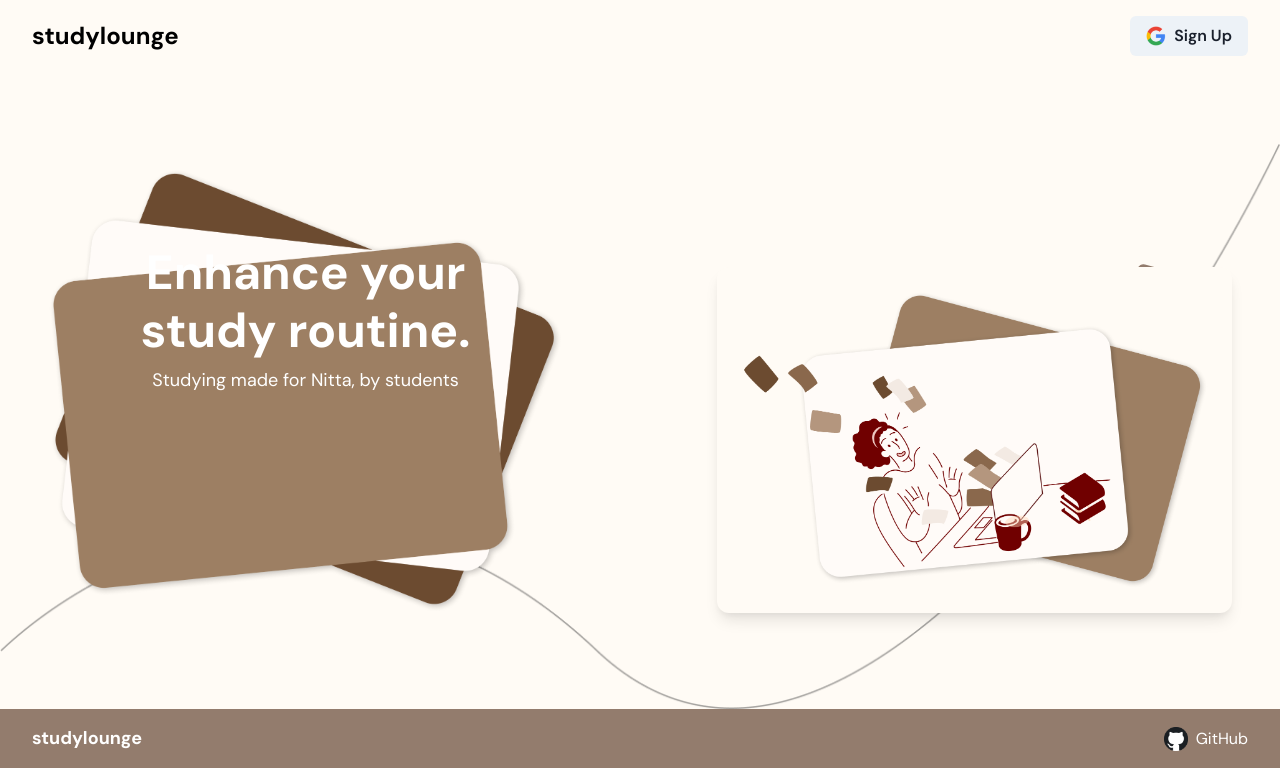
Repository: greg-chang/flashcard-website
Page: / (app in frontend/)
These files come from the project's save history. The page is drawn as it stood at one moment and after the next save; the edit follows.
The browser window is 1280 px wide. The pictures show the whole page.
The page's requests for data from a server got no answer. The project was rebuilt for these pictures with package versions that can differ from the ones it lists, and the page was loaded fresh each time. Some packages were replaced by stand-ins written for this rebuild. The framework's server and built-in components were replaced by stand-ins that run in the browser. No one was signed in, and anything a server would have sent is missing. Also part of the build but not shown: frontend/next.config.ts, frontend/src/components/Dashboard.tsx.

Above is the page before, as saved 2025-06-08 14:34:46.

After the next save:
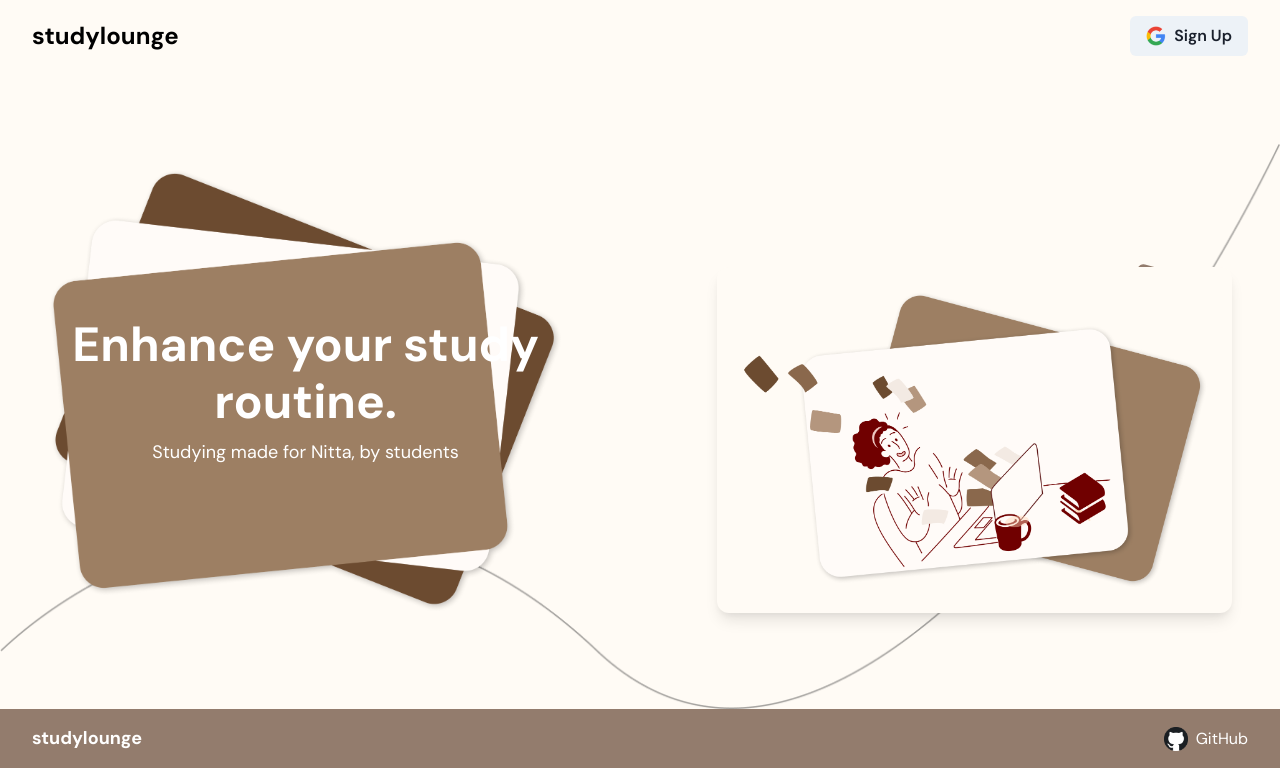
Saved 58 s later.
--- a/frontend/src/components/Homepage.tsx
+++ b/frontend/src/components/Homepage.tsx
@@ -80,10 +80,10 @@ export default function Homepage() {
             position="absolute"
             color="white"
             textAlign="center"
-            top="35%"
+            top="50%"
             left="50%"
             transform="translate(-50%, -50%)"
-            width="80%"
+            width="100%"
           >
             <Heading fontSize={{ base: '3xl', md: '4xl', lg: '5xl' }} mb={2}>
               Enhance your study routine.
